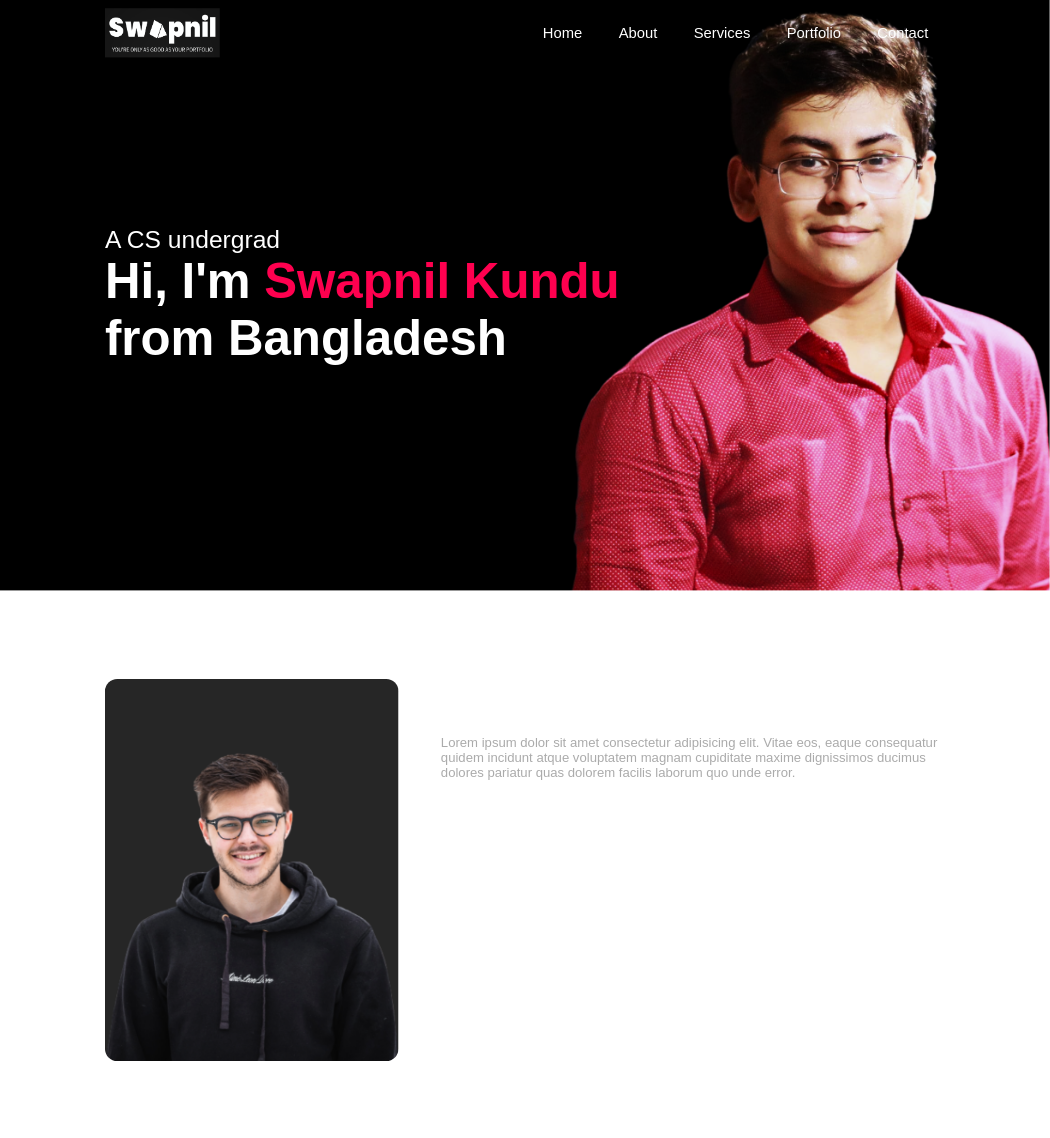
Repository: SwapnilKundu/portfolio
Page: index.html
An editor plug-in stored every save of this project. The page is shown before and after the next save, followed by the edit.
The browser window is 1280 px wide. The pictures show the whole page, at 82% of full size.

Above is the page before, as saved 2024-01-19 10:33:33.

After the next save:
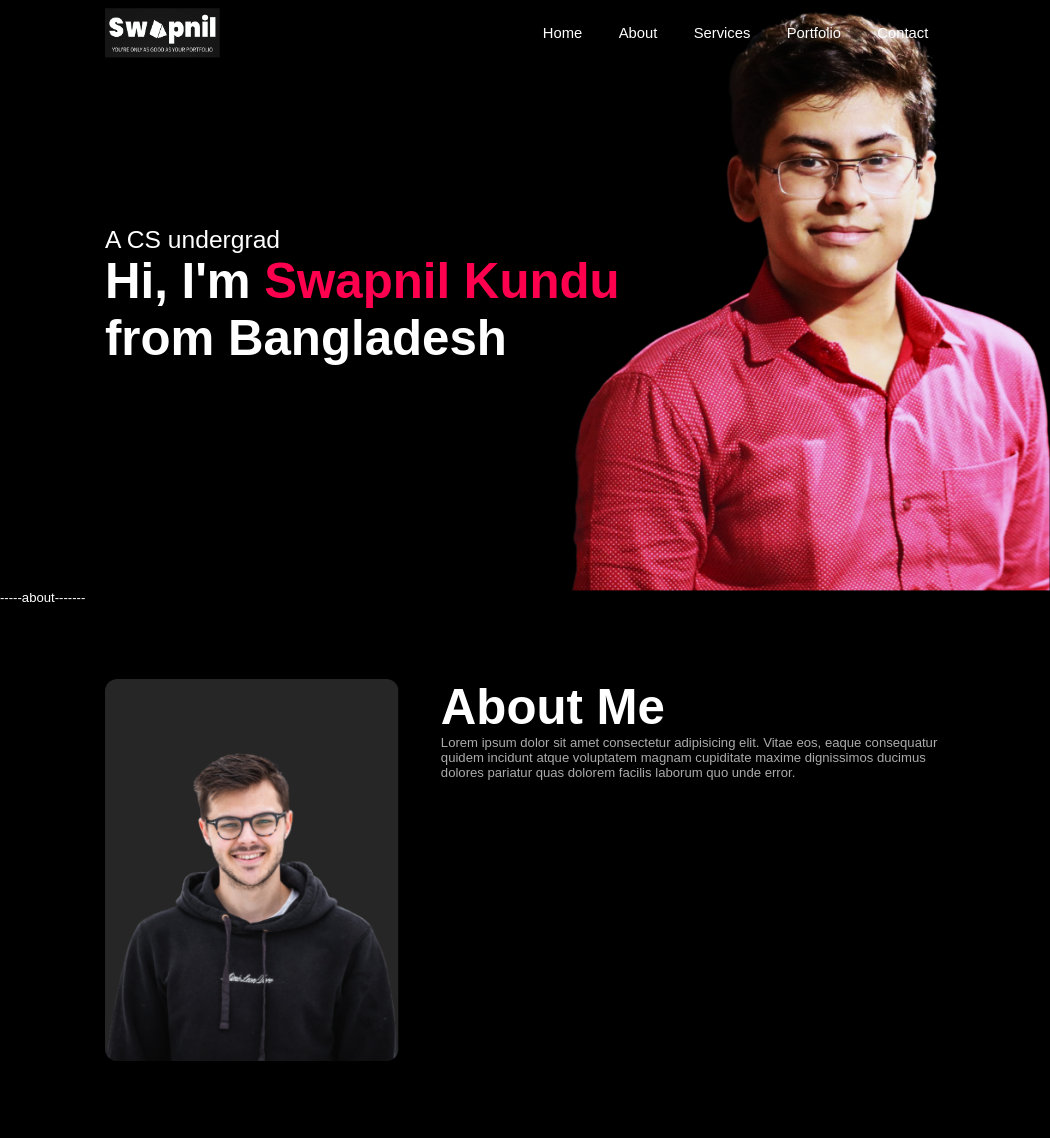
Saved 4 s later.
--- a/style.css
+++ b/style.css
@@ -8,7 +8,7 @@
 
 body
 {
-    background: #c;
+    background: #000;
     color: #fff;
 }
 #header
